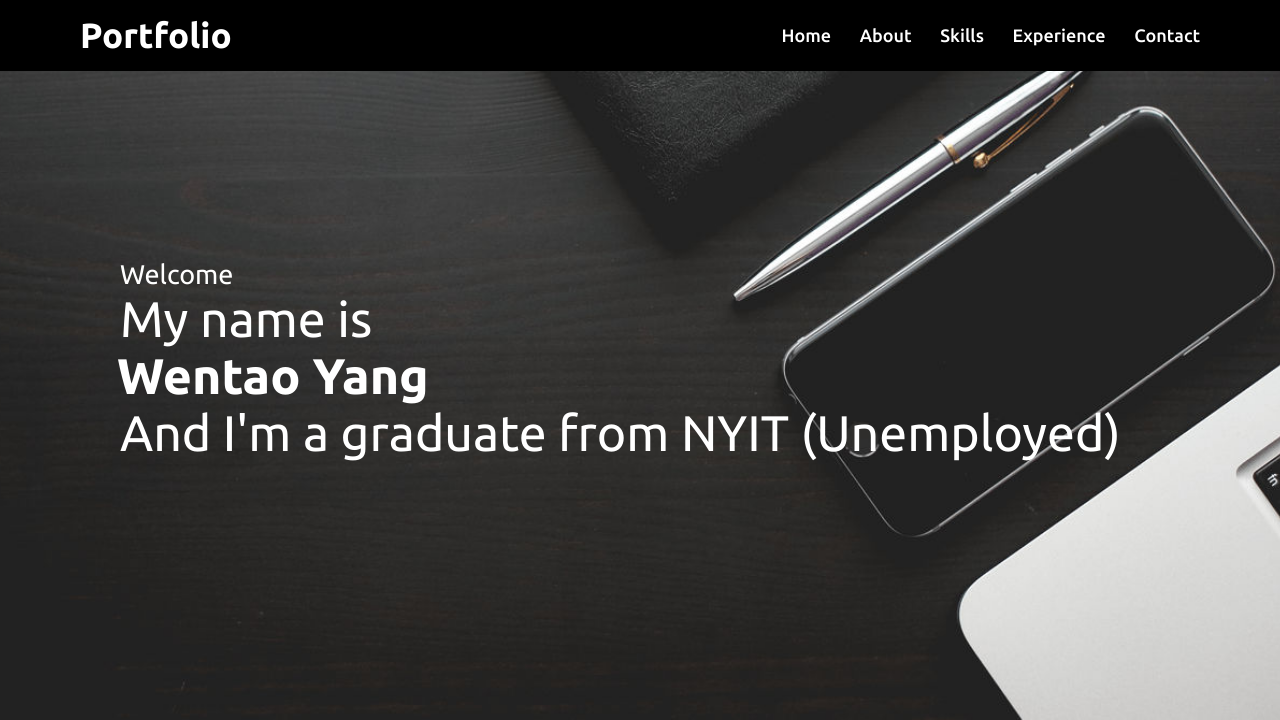
Repository: wyang08/wyang08.github.io
Page: index.html
These files come from the project's save history. The page is drawn as it stood at one moment and after the next save; the edit follows.
The browser window is 1280 px wide. The pictures show the whole page.

Above is the page before, as saved 2021-07-02 15:01:22.

After the next save:
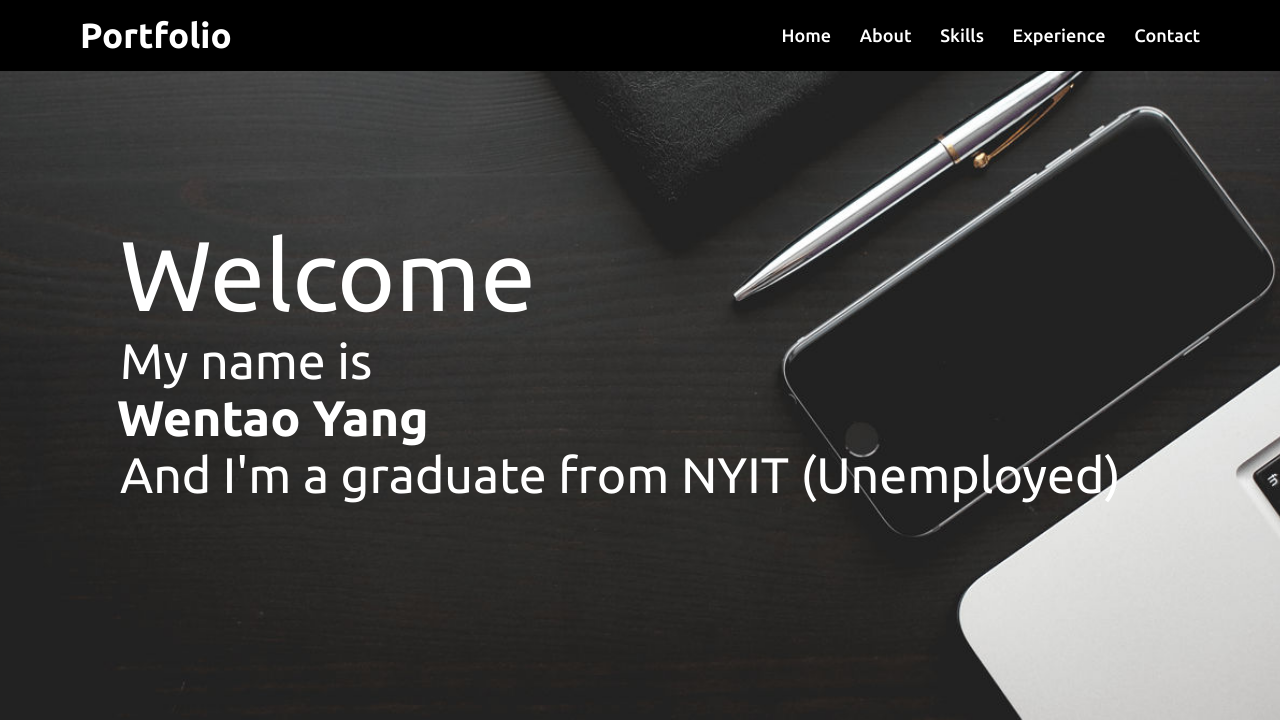
Saved 9 s later.
--- a/style.css
+++ b/style.css
@@ -67,7 +67,7 @@
 }
 
 .home .home-content .text-1{
-    font-size: 27px;
+    font-size: 99px;
 }
 .home .home-content .text-2{
     font-size: 50px;
